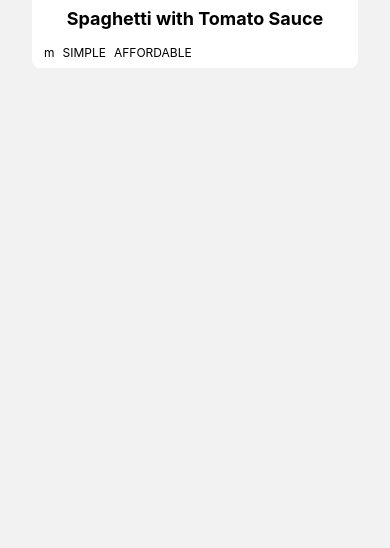
Repository: SyLe-Van/Food-Category-App
Screen: /, after clicking the first element matching `div.r-cursor-1loqt21`
The author's editor kept a copy of each file at every save. The screen is drawn from the files as they stood at one save, then again after the next save.
The pictures show rows 296 to 844 of an output 844 px tall.
The app was drawn by React Native's web renderer in a window 390 px wide. The project was rebuilt for these pictures with package versions that can differ from the ones it lists, and the page was loaded fresh each time.

Above is the screen before, as saved 2024-02-19 10:49:43.

After the next save:
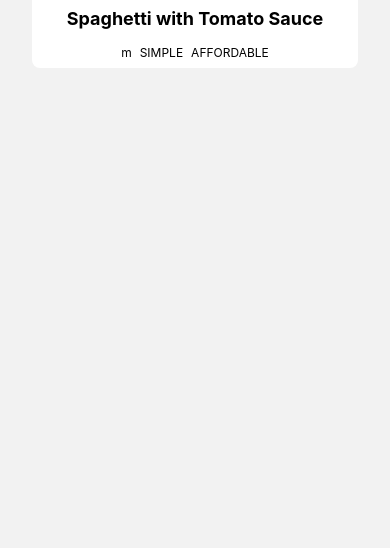
Saved 30 s later.
--- a/components/MealItem.js
+++ b/components/MealItem.js
@@ -44,6 +44,7 @@ const styles = StyleSheet.create({
     flexDirection: "row",
     alignItems: "center",
     padding: 8,
+    justifyContent: "center",
   },
   detailItem: {
     marginHorizontal: 4,
